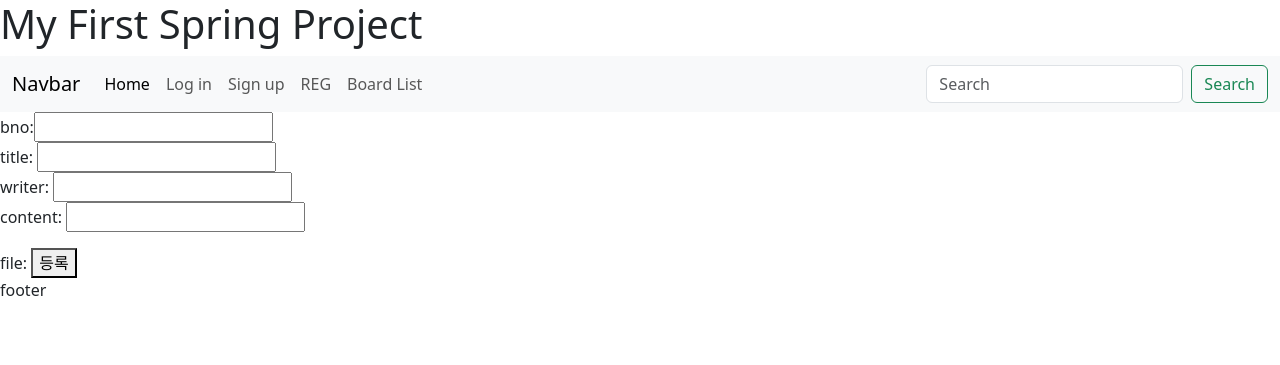
Repository: dfhdfhdfsza/springtest
Page: http://localhost/spring-Test/WEB-INF/views/board/modify.jsp
These files come from the project's save history. The page is drawn as it stood at one moment and after the next save; the edit follows.
The browser window is 1280 px wide. The pictures show the whole page.
The page is served by Tomcat 9. Nobody is signed in. The template is opened directly, without the code that normally fills it, so the values that code supplies are empty.

Above is the page before, as saved 2023-10-16 11:18:55.
Console error: TypeError: Cannot read properties of null (reading 'addEventListener')

After the next save:
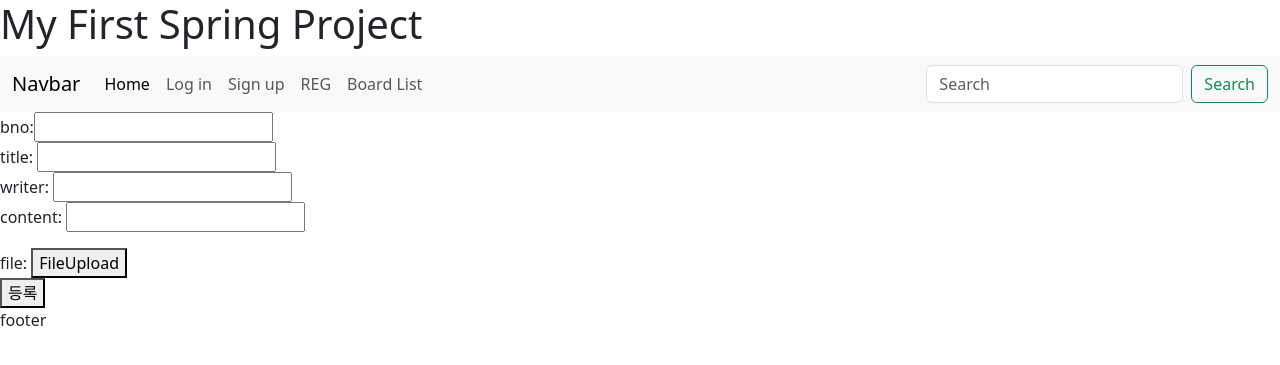
The error is gone.
Saved 29 s later.
--- a/spring-Test/src/main/webapp/WEB-INF/views/board/modify.jsp
+++ b/spring-Test/src/main/webapp/WEB-INF/views/board/modify.jsp
@@ -54,6 +54,7 @@
 	</div>
 		<!-- 파일 등록 라인 -->
 		file: <input type="file" id="file" name="files" multiple="multiple" style="display:none">
+		<button type="button" id="trigger">FileUpload</button> <br>
 		<button type="submit">등록</button> <br>
 	</form>
 	<script type="text/javascript" src="/resources/js/boardModify.js"></script>
